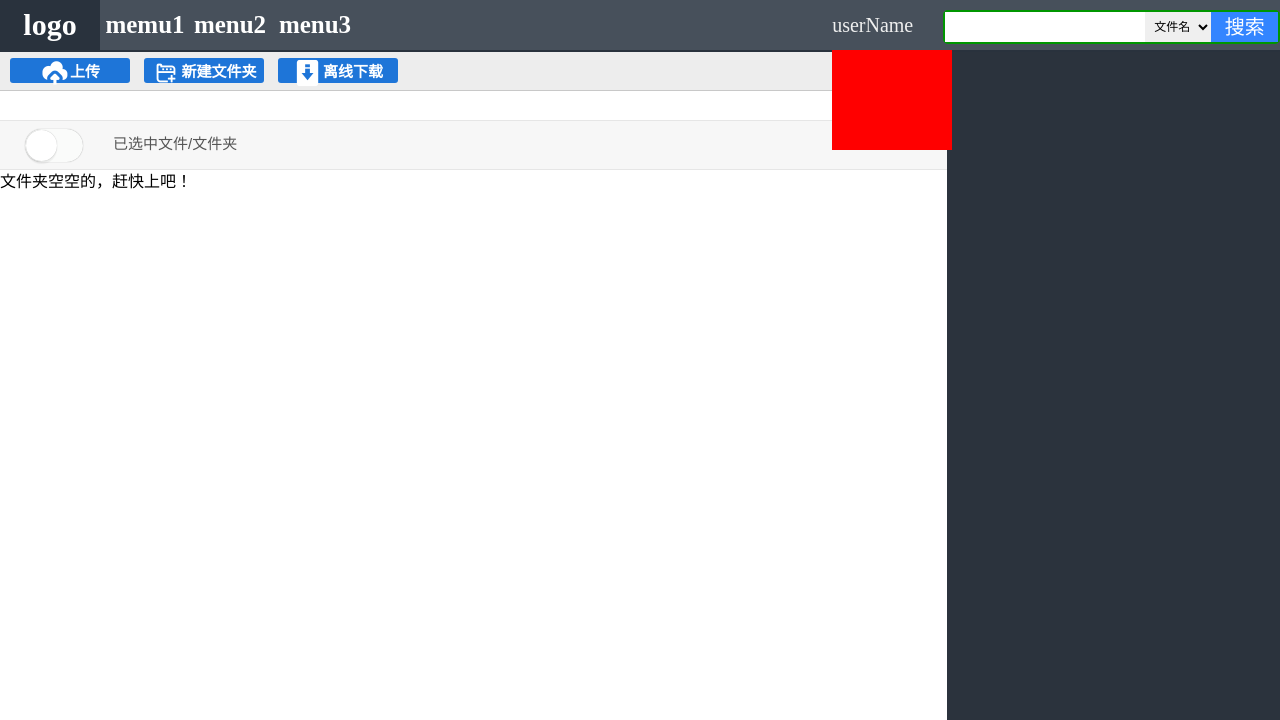
Repository: ixufeng/fileManager
Page: http://localhost/fileManager/delFile.do
The author's editor kept a copy of each file at every save. The page is drawn from the files as they stood at one save, then again after the next save.
The browser window is 1280 px wide. The pictures show the whole page.
The pointer rests on the first visible `#user`.
The page is served by Tomcat 9. Queries for data that is not in the repository find no rows.

Above is the page before, as saved 2016-04-07 13:15:54.

After the next save:
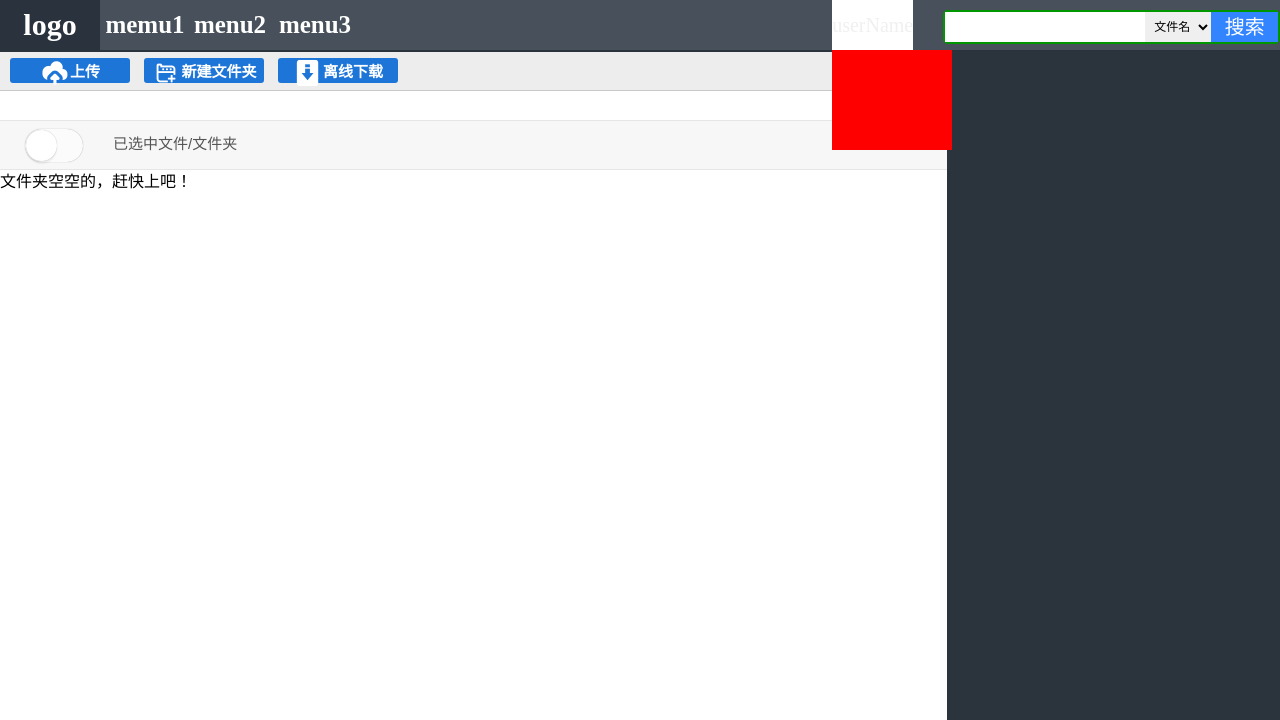
Saved 32 s later.
--- a/fileManager/WebRoot/css/title.css
+++ b/fileManager/WebRoot/css/title.css
@@ -72,6 +72,10 @@ body{
 	margin-right:30px;
 	cursor:pointer;
 }
+
+#user:hover{
+	background-color:#fff;
+}
 /* 茶꾜돨userBox */
 #user_box{
 	width:120px;
